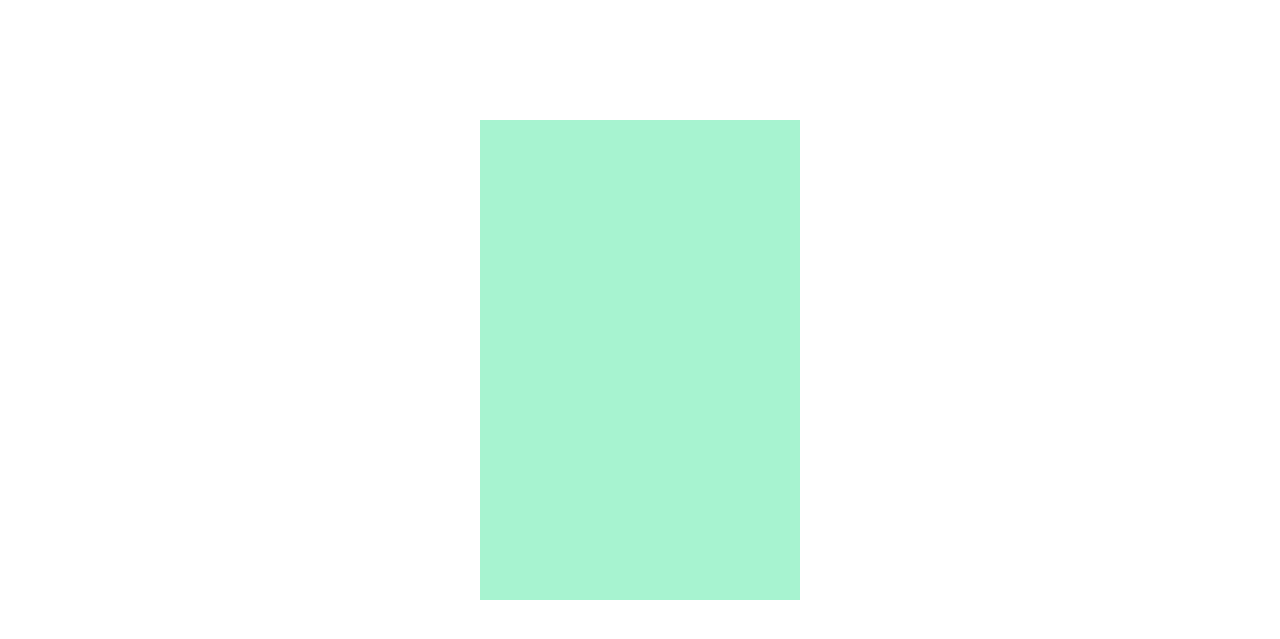
Repository: saad-elabboubi/tahalkobra
Page: /
These files come from the project's save history. The page is drawn as it stood at one moment and after the next save; the edit follows.
The browser window is 1280 px wide. The pictures show the whole page.
The project was rebuilt for these pictures with package versions that can differ from the ones it lists, and the page was loaded fresh each time. The framework's server and built-in components were replaced by stand-ins that run in the browser. Also part of the build but not shown: svelte.config.js, vite.config.ts.

Above is the page before, as saved 2023-04-08 17:57:37.

After the next save:
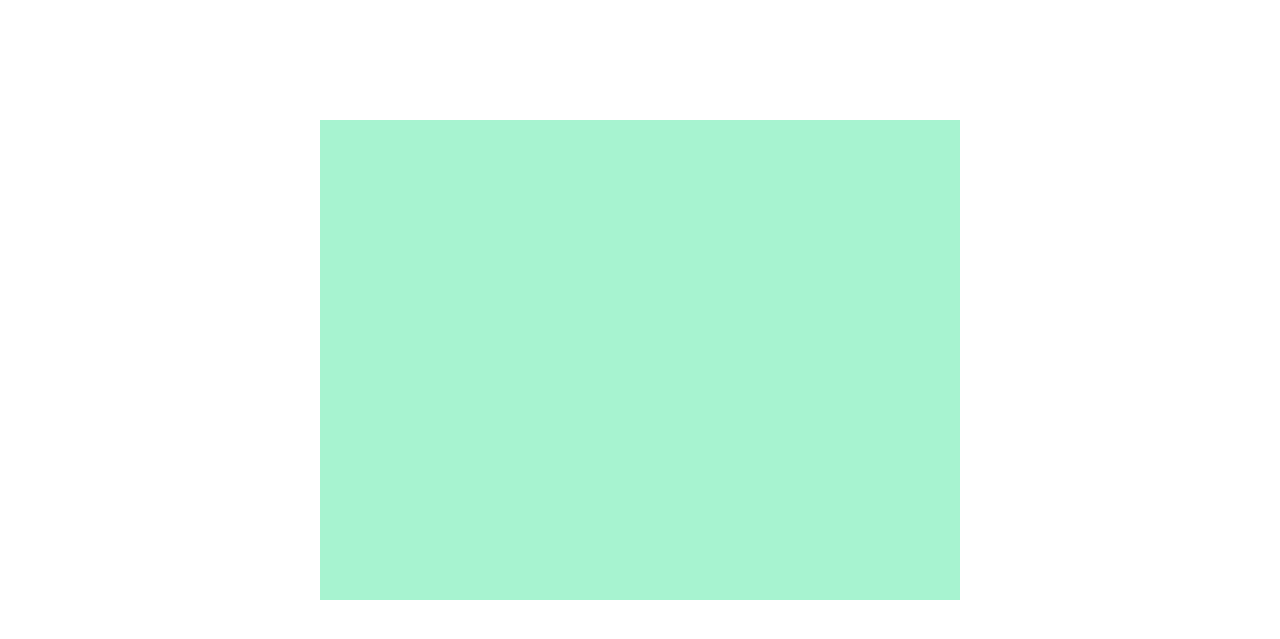
Saved 13 s later.
--- a/src/routes/+page.svelte
+++ b/src/routes/+page.svelte
@@ -1,5 +1,5 @@
 <body class="body h-screen w-screen flex flex-row justify-center ">
-    <div class="gameborder grid grid-rows-4 grid-cols-4 bg-emerald-200  h-2/3 w-1/4 self-center ">
+    <div class="gameborder grid grid-rows-4 grid-cols-4 bg-emerald-200  h-2/3 w-1/2 self-center ">
 
     </div>
 
